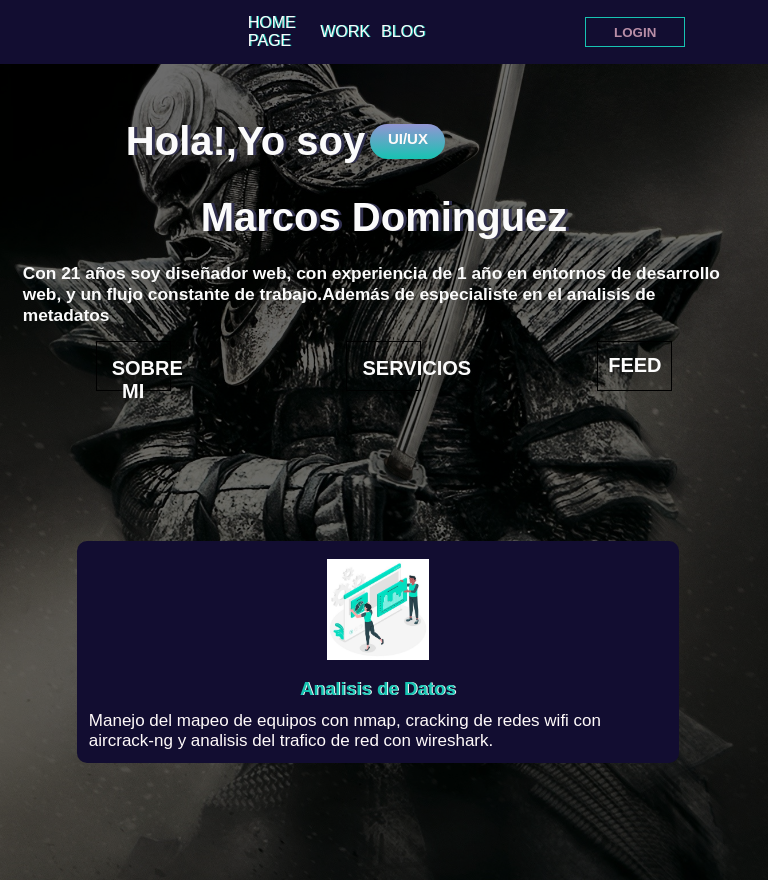
Repository: Sxcram02/Portfolio2
Page: http://localhost/
An editor plug-in stored every save of this project. The page is shown before and after a run of saves, followed by the edit.
The browser window is 768 px wide. The pictures show the whole page.
Some web fonts or font styles are not loaded; a fallback is used. The page is run by PHP 8.4 with error messages shown; the project is at /var/www/html/.

Above is the page before, as saved 2023-05-14 17:45:10.

### index.php
<?php
include("./public/objects/clases.inc.php");

session_start();

if ($_SERVER['REQUEST_METHOD'] == 'POST' and isset($_POST['LOGIN'])) {
    $logIn = $_POST['LOGIN'];
    if (isset($logIn)) {
        $_SESSION['user'] = $sesion;
        header("Location: ./public/src/login.php");
        exit();
    }
}


?>
<!DOCTYPE html>
<html lang="es">

<head>
    <meta charset="UTF-8">
    <meta http-equiv="X-UA-Compatible" content="IE=edge" />
    <meta name="viewport" content="width=device-width, initial-scale=1.0" />
    <link rel="shortcut icon" href="media/logo2.png" type="image/x-icon" />
    <link rel="stylesheet" href="styles/index.css" type="text/css" />
    <link rel="stylesheet" href="https://unpkg.com/boxicons@latest/css/boxicons.min.css">
    <title>Home Page</title>
</head>

<body>
    <div id="root">
        <header class="box-nav-bar">
            <a href="/index.php"><h3 class="nav-title">M a r c o s</h3></a>
            <nav class="nav-bar">
                <ul>
                    <a href="index.php"><li>Home Page</li></a>
                    <a href="/public/src/assets/work.php"><li>Work</li></a>
                    <a href="/public/src/assets/blog.php"><li>Blog</li></a>
                </ul>
            </nav>
            <form action="#" method="POST">
                <input type="submit" name="LOGIN" id="LOGIN" value="login" />
            </form>
        </header>
        <main class="container">
        <script src="/public/funciones/funciones.inc.js"></script>
            <section id="home_page">
                <article class="box-name">
                    <h1 class="title">Hola!,Yo soy</h1>
                    <label id="box-ui-ux">UI/UX</label>
                </article>
                <h2 class="title">Marcos Dominguez</h2>
                <article class="box-presentation">
                    <p>Con 21 años soy diseñador web, con experiencia de 1 año en entornos de desarrollo web, y un flujo constante de trabajo.Además de especialiste en el analisis de metadatos</p>
                    <div class="box-inputs">
                        <button onclick="mostrarApartado('box-services','box-aboutMe')">Sobre Mi</button>
                        <button onclick="mostrarApartado('box-aboutMe','box-services')">Servicios</button>
                        <a href="./public/src/assets/feed.xml" target="_blank" rel="noopener noreferrer"><button>Feed</button></a>
                    </div>
                </article>
            </section>
            <section id="box-services">
                <div id="services">
                    <article id="analisisDatos">
                        <img src="./media/Ilustración del concepto de análisis de configuración Vector Gratis.jpeg" alt="analisisDatos" />
                        <h3>Analisis de Datos</h3>
                        <p>Manejo del mapeo de equipos con nmap, cracking de redes wifi con aircrack-ng y analisis del trafico de red con wireshark.</p>
                    </article>
                    <article>
                        <img src="./media/Estudio socioeconómico para qué sirve, partes y ejemplo.png" alt="" />
                        <h3>Administrador de Sistemas</h3>
                        <p>Supervisión del flujo de datos entre los usuarios de una red y mantenimiento del sistema</p>
                    </article>
                    <article>
                        <img src="./media/Tips To Help Designers Work Better With Coders - Web Design Ledger.jpeg" alt="" />
                        <h3>Desarrollador Web</h3>
                        <p>Control en la programación de PHP con MySQL o MongoDB, diseñador con HTML5, CSS3 o React con JavaScript</p>
                    </article>
                    <article>
                        <img src="./media/superkid-robot-copy.gif" alt="superRobot" id="robot3D" />
                        <h3>Modelador 3D</h3>
                        <p>Modelador 3D de diseño aplicados a la web con Spline, y en modelos mas complejos 3dsMax y Zbrush</p>
                    </article>
                </div>
            </section>
            <section id="box-aboutMe">
                <div id="aboutMe">
                    <h1>Cronología</h1>
                    <hr class="hr" />
                    <article class="box-signatures">
                        <div class="signature1">
                            <i class='bx bx-radio-circle-marked' style='color:#17c3b2'></i>
                            <h3>Titulación ESO y BACHILLER</h3>
                            <img src="./media/chesterton.jpeg" alt="colegio1">
                            <img src="./media/agustinos.jpeg" alt="colegio2">
                            <p>2013-2020</p>
                        </div>
                        <div class="signature2">
                            <i class='bx bx-radio-circle-marked' style='color:#17c3b2'></i>
                            <h3>2º Años en Grado de Derecho</h3>
                            <img src="./media/unir.jpg" alt="universidad">
                            <p>2021-2022</p>
                        </div>
                        <div class="signature3">
                            <i class='bx bx-radio-circle-marked' style='color:#17c3b2'></i>
                            <h3>Grado Superior DAW</h3>
                            <img src="./media/cifp.png" alt="centroFormativo">
                            <p>2022-2024</p>
                        </div>
                        <div class="signature4">
                            <i class='bx bx-radio-circle-marked' style='color:#17c3b2'></i>
                            <h3>Curso de Git</h3>
                            <img src="./media/angulo.jpg" alt="CentroPrivado">
                            <p>2023-2023</p>
                        </div>
                        <div class="signature5">
                            <i class='bx bx-radio-circle-marked' style='color:#17c3b2'></i>
                            <h3>Curso de Animacion 3D</h3>
                            <img src="./media/comercio.png" alt="EntidadPublica">
                            <p>2023-2023</p>
                        </div>
                    </article>
                </div>
            </section>
            <section id="my_photo"></section>
        </main>
    </div>

</body>

</html>

### styles/index.css

/* -----------------------------------------------------------*/
/* -----------------------------------------------------------*/
/* AJUSTES GENERALES */
/* 1. HEADER
/* 2. PRIMERA PAGINA
/*  2.1 SECCION 1
/*  2.2 SECCION 2
/*  2.3 SECCION 3
/*  2.4 SECCION 4
/* 3. PAGINA DE MIS TRABAJOS
/* 4. PAGINA DE MI BLOG
/* 5. PAGINA FORMULARIO LOGIN
/* 6. PAGINA CREAR POST
/* -----------------------------------------------------------*/
/* -----------------------------------------------------------*/

* {
    margin: 0;
    padding: 0;
    list-style: none;
    box-sizing: border-box;
    font-family: 'Poppins', sans-serif;
}

a, a:active, a:visited, a:enabled {
    color: var(--blanco);
    text-decoration: none;
}

@font-face {
    font-family: 'Poppins';
    src: url("../fonts/*");
}

:root {
    --violeta-ruso: #120D31;
    --cadet-space: #302F4D;
    --verde-claro-oceano:#17C3B2;
    --indigo-tropical:#9395D3;
    --blanco:#FBFBFB;
}

body {
    display: flex;
    flex-direction: column;
    align-items: center;
    justify-content: space-between;
}

#root {
    width: 100vw;
    height: 100vh;
}


/* -----------------------------------------------------------*/
/* -----------------------------------------------------------*/
/* HEADER */
/* -----------------------------------------------------------*/
/* -----------------------------------------------------------*/

.box-nav-bar {
    width: 100vw;
    height: 4rem;
    padding: 1%;
    background-color: var(--violeta-ruso);
    color: snow;
    display: flex;
    align-items: center;
    justify-content: space-between;
}

.nav-title {
    text-shadow: 1px 0px 0px var(--verde-claro-oceano);
    text-transform: uppercase;
    font-size: 20px;
    font-weight: 700;
    cursor: pointer;
}

.nav-bar ul {
    text-transform: uppercase;
    width: 350px;
    font-size: 20px;
    display: flex;
    align-items: center;
    justify-content: space-around;
}

.nav-bar ul li {
    cursor: pointer;
    text-shadow: 1px 0px 0px var(--verde-claro-oceano);
}

.nav-bar ul li:hover {
    color: var(--verde-claro-oceano);
    text-shadow: 1px 0px 0px var(--indigo-tropical);
    transition: all 0.5s;
}

#LOGIN {
    width: 125px;
    height: 30px;
    margin: 2%;
    color: #B98EA7;
    background: none;
    border: 1px solid var(--verde-claro-oceano);
    text-transform: uppercase;
    font-weight: 800;
    cursor: pointer;
}

#LOGIN:hover {
    background-color: var(--verde-claro-oceano);
    color: var(--blanco);
    transition: all 0.3s;
}

@media screen and (max-width:800px) {
    .box-nav-bar {
        justify-content: space-around;
    }

    .nav-title {
        display: none;
    }

    .nav-bar ul {
        width: 100%;
        justify-content: flex-start;
        font-size: 16px;
    }

    .nav-bar ul li {
        margin: 0 5%;
    }

    .nav-bar ul a {
        margin: 1%;
        padding: 2%;
    }

    #LOGIN {
        width: 100px;
        margin-right: 5%;
    }
}

/* -----------------------------------------------------------*/
/* -----------------------------------------------------------*/
/* PRIMERA PÁGINA */
/* -----------------------------------------------------------*/
/* -----------------------------------------------------------*/

.container {
    width: 100%;
    display: grid;
    grid-template-columns: repeat(3,1fr);
    grid-template-rows: repeat(2,1fr);
}

.container section {
    width: 100%;
    height: 100%;
}

@media screen and (max-width:800px) {

    #root {
        height: 110vh;
        background-image: url("/media/guerrero-en-47-ronin_2048x1536_xtrafondos.com.jpg");
        background-size: cover;
        background-position: center;
        overflow-x: hidden;
    }

    .container {
        width: 100%;
        height: 93%;
        display: flex;
        flex-direction: column;
        justify-content: space-around;
        background-color: rgba(0, 0, 0, 0.579);
        color: #FBFBFB;
    }

    #home-page {
        height: 60vh;
    }

    #home_page .box-presentation {
        flex-direction: column;
        font-size: 13px;
    }

    #home_page .box-presentation p {
        width: 100%;
    }

    .box-name {
        height: 25%;
        background: none;
    }

    #home_page .box-inputs {
        width: 100%;
        font-size: 13px;
        justify-content: space-around;
    }

    #home_page .box-inputs button {
        width: 75px;
        color: #FBFBFB;
    }

    #box-services {
        height: 50vh;
        padding: 10%;
    }

    #services {
        width: 100%;
        height: 100%;
        display: flex;
        align-items: center;
        flex-direction: column;
        overflow-y: scroll;
    }

    .container #services article {
        width: 100%;
        margin-bottom: 5%;
        padding: 1%;
    }

    .container #services article:hover {
        animation: none;
    }

    #box-aboutMe {
        height: 50%;

    }

    #my_photo {
        display: none;
    }



}

/* -----------------------------------------------------------*/
/* -----------------------------------------------------------*/
/* SECCION 1 */
/* -----------------------------------------------------------*/
/* -----------------------------------------------------------*/

#home_page {
    height: 40vh;
    grid-column: 1/3;
    grid-row: 1/2;
    padding: 1%;
    display: flex;
    flex-direction: column;
    align-items: center;
}

.box-name {
    width: 70%;
    margin: 1%;
    text-align: center;
    display: flex;
    align-items: center;
}

.title {
    padding: 1%;
    font-size: 40px;
    font-weight: 800;
    text-shadow: 3px 0px 0px var(--cadet-space);
}

#box-ui-ux {
    width: 75px;
    height: 35px;
    padding: 1%;
    text-align: center;
    font-size: 15px;
    font-weight: 800;
    color: snow;
    background: linear-gradient(180deg, var(--indigo-tropical),var(--verde-claro-oceano));
    border-radius: 20px;
}

.box-presentation {
    display: flex;
    align-items: center;
}

.box-presentation p {
    width: 50%;
    padding: 2%;
    font-size: 13pt;
    font-weight: 600;
}

.box-inputs {
    width: 50%;
    display: flex;
    align-items: center;
    justify-content: space-around;
}

.box-inputs button {
    width: 150px;
    height: 50px;
    padding: 2%;
    border: 1px solid black;
    background: none;
    font-size: 15pt;
    font-weight: 800;
    text-transform: uppercase;
    cursor: pointer;
}

.box-inputs button:hover {
    background-color: var(--verde-claro-oceano);
    box-shadow: 0px 0px 7px var(--indigo-tropical);
    transition: all 0.3s;
}


/* -----------------------------------------------------------*/
/* -----------------------------------------------------------*/
/* SECCION 2 */
/* -----------------------------------------------------------*/
/* -----------------------------------------------------------*/

#box-services {
    grid-column: 1/3;
    grid-row: 2/3;
    width: 100%;
}

#services {
    padding: 1%;
    color: snow;
    display: flex;
}

#services img {
    width: 125px;
    height: 125px;
    padding: 2%;
}

#services article {
    width: 50%;
    height: 100%;
    margin-right: 2%;
    padding: 2%;
    background-color: var(--violeta-ruso);
    border-radius: 10px;
    display: flex;
    flex-direction: column;
    align-items: center;
    text-align: center;
    cursor: pointer;
}

#services article:hover {
    background-color: var(--cadet-space);
    box-shadow: 0px 0px 5px var(--verde-claro-oceano);
    animation: goUp 1.5s both;
    transition: all 0.4s;
}

@keyframes goUp {
    to {
        translate: 0 -20%;
    }
}

#services article h3 {
    color: var(--verde-claro-oceano);
    text-shadow: 1px 0px 0px var(--blanco);
    padding: 1%;
}

#services article:hover h3 {
    color: var(--indigo-tropical);
}

#services article p {
    padding: 1%;
    font-size: 17px;
    text-align: start;
}

#robot3D {
    width: 300px;
    height: 175px;
}


/* -----------------------------------------------------------*/
/* -----------------------------------------------------------*/
/* SECCION 3 */
/* -----------------------------------------------------------*/
/* -----------------------------------------------------------*/

#box-aboutMe {
    display:none;
    grid-column: 1/3;
    grid-row: 2/4;
}

#aboutMe {
    height: 100%;
    display: flex;
    flex-direction: column;
    align-items: center;
    justify-content: space-between;
}

#aboutMe h1 {
    width: 100%;
    text-align: center;
    text-transform: uppercase;
    font-weight: 800;
}

#aboutMe hr {
    width: 90%;
    height: 15px;
    color: var(--violeta-ruso);
    background-color: var(--violeta-ruso);
    box-shadow: 0px 0px 5px var(--verde-claro-oceano);
}

.box-signatures {
    width: 90%;
    display: grid;
    grid-template-columns: repeat(5,1fr);
    grid-template-rows: repeat(3,1.4fr);
    text-align: center;
    row-gap: 5px;
}

.box-signatures i {
    font-size: 40px;
}

.box-signatures div {
    display: flex;
    flex-direction: column;
    align-items: center;
}

.box-signatures div img {
    width: 50px;
    height: 50px;
}

@media screen and (max-width:800px){


    .box-signatures {
        display: flex;
        flex-direction: column;
        align-items: center;
        justify-content: space-around;
        overflow-y: scroll;
    }

    .box-signatures div {
        display: flex;
        align-items: center;
        justify-content: space-around;
    }
}

/*--------------------------------------------------------*/
/*--------------------------------------------------------*/
/* GRID COMPONENTS */
/*--------------------------------------------------------*/
/*--------------------------------------------------------*/

.signature1 {
    grid-column: 1/2;
    grid-row: 1/3;
}

.signature2 {
    grid-column: 2/3;
    grid-row: 1/3;
}

.signature3 {
    grid-column: 3/4;
    grid-row: 1/3;
}

.signature4 {
    grid-column: 4/5;
    grid-row: 1/3;
}

.signature5 {
    grid-column: 5/6;
    grid-row: 1/3;
}



/* -----------------------------------------------------------*/
/* -----------------------------------------------------------*/
/* SECCION 4 */
/* -----------------------------------------------------------*/
/* -----------------------------------------------------------*/

#my_photo {
    grid-column: 3/4;
    grid-row: 1/3;
    background-image: url("../media/guerrero-en-47-ronin_2048x1536_xtrafondos.com.jpg");
    background-position: center;
    background-size: cover;
    object-fit: cover;
}


/* -----------------------------------------------------------*/
/* -----------------------------------------------------------*/
/* PAGINA DE MIS TRABAJOS */
/* -----------------------------------------------------------*/
/* -----------------------------------------------------------*/

#root2 {
    width: 100vw;
    background: linear-gradient(180deg,transparent,var(--cadet-space),var(--violeta-ruso));
    display: flex;
    flex-direction: column;
    align-items: center;
    justify-content: center;
}

.title2 {
    width: 100vw;
    font-size: 40px;
    color:black;
    text-shadow: 2px 0px 7px var(--indigo-tropical);
    text-align: center;
}

.container2 {
    width: 100%;
    height: 100vh;
    padding: 1%;
    display: grid;
    grid-template-columns: repeat(3,1.4fr);
    grid-template-rows: repeat(2,1fr);
    row-gap: 10px;
}

.container2 section {
    width: 90%;
    height: 300px;
    padding: 1%;
    display: flex;
    flex-direction: column;
    align-items: center;
    justify-content: space-around;
    background-color: var(--violeta-ruso);
    border-radius: 10px;
    box-shadow: 0px 0px 10px var(--indigo-tropical);
    cursor: pointer;
}

.container2 h1 {
    text-transform: uppercase;
    font-size: 25px;
    font-weight: 900;
}


.container2 img {
    width: 250px;
    height: 150px;
}

@media screen and (max-width:800px) {
    .container2 {
        display: flex;
        align-items: center;
        flex-direction: column-reverse;
        overflow-y: scroll;
    }

    .container2 section {
        text-align: center;
        width: 250px;
    }

    .container2 img {
        width: 100px;
        height: 100px;
    }
}

/*--------------------------------------------------------*/
/*--------------------------------------------------------*/
/* GRID COMPONENTS */
/*--------------------------------------------------------*/
/*--------------------------------------------------------*/

@keyframes updateScale {
    to {
        scale: 0.9;
    }
}

.work1 {
    grid-column: 1/2;
    grid-row: 1/2;
}

.work1:hover {
    box-shadow: 0px 0px 5px var(--verde-claro-oceano);
    background-color: rgba(255, 166, 0, 0.882);
    animation: updateScale 0.6s both;
    transition: all 0.4s;
}

.work2 {
    grid-column: 2/3;
    grid-row: 1/2;
}

.work2:hover {
    box-shadow: 0px 0px 5px var(--violeta-ruso);
    background-color: rgba(0, 170, 255, 0.858);
    animation: updateScale 0.6s both;
    transition: all 0.4s;
}

.work3 {
    grid-column: 1/2;
    grid-row: 2/3;
}

.work3:hover {
    box-shadow: 0px 0px 5px var(--violeta-ruso);
    background-color: rgba(25, 172, 37, 0.806);
    animation: updateScale 0.6s both;
    transition: all 0.4s;
}

.work4 {
    grid-column: 2/3;
    grid-row: 2/3;
}

.work4:hover {
    box-shadow: 0px 0px 5px var(--verde-claro-oceano);
    background-color: rgba(170, 0, 255, 0.85);
    animation: updateScale 0.6s both;
    transition: all 0.4s;
}

.work5 {
    grid-column: 3/4;
    grid-row: 1/2;
}

.work5:hover {
    box-shadow: 0px 0px 5px var(--violeta-ruso);
    background-color: rgba(255, 0, 51, 0.85);
    animation: updateScale 0.6s both;
    transition: all 0.4s;
}

.work6 {
    grid-column: 3/4;
    grid-row: 2/3;
}

.work6:hover {
    box-shadow: 0px 0px 5px var(--verde-claro-oceano);
    background-color: rgba(0, 204, 255, 0.85);
    animation: updateScale 0.6s both;
    transition: all 0.4s;
}

/* -----------------------------------------------------------*/
/* -----------------------------------------------------------*/
/* PAGINA DEL BLOG */
/* -----------------------------------------------------------*/
/* -----------------------------------------------------------*/

#root3 {
    width: 100vw;
    background-image: url("./../media/version_5.gif");
    background-size:  cover;
    background-position: center;
    background-repeat: repeat-y;
}


.container3 {
    width: 100%;
    background: linear-gradient(360deg,transparent,#302f4d7f,#120d31);
    display: flex;
    flex-direction: column;
    align-items: center;
    justify-content: space-between;
}

.container3 h1 {
    color: var(--blanco);
    padding: 4%;
    font-size: 35px;
    font-weight: bold;
}

.container3 section {
    width: 100%;
    height: 100%;
    padding: 1%;
    display: flex;
    flex-direction: column;
    align-items: center;
    justify-content: space-around;
}

.container3 section article {
    width: 40%;
    height: 400px;
    margin: 1%;
    padding: 5%;
    border-radius: 20px;
    padding: 1%;
    display: flex;
    flex-direction: column;
    align-items: center;
    justify-content: space-between;
    text-align: center;
    background-color: var(--cadet-space);
}

.container3 section article h1 {
    font-size: 20px;
    text-transform: uppercase;
    font-weight: 700;
}

.container3 section article img {
    width: 200px;
    height: 150px;
}

@media screen and (max-width:800px){
    #root3 .container3 article {
        width: 60%;
        padding: 5%;
    }

    #root3 .container3 img {
        width: 100px;
        height: 100px;
    }
}

/* -----------------------------------------------------------*/
/* -----------------------------------------------------------*/
/* PAGINA FORMULARIO LOGIN */
/* -----------------------------------------------------------*/
/* -----------------------------------------------------------*/

.page2-root {
    width: 100vw;
    height: 100vh;
    background-image: url("./../media/fondo1.gif");
    background-position: center;
    background-size: cover;
    overflow: hidden;
}

.page2-container {
    width: 100%;
    height: 100%;
    background: linear-gradient(180deg,transparent,#302f4d7f,#120d31c2);
    display: flex;
    flex-direction: column;
    align-items: center;
}

.page2-title {
    padding: 1%;
    font-size: 50px;
    font-weight: bold;
    text-transform: uppercase;
    color: var(--cadet-space);
    text-shadow: 2px 0px 0px var(--verde-claro-oceano);
}

.page2-container form {
    margin-top: 10%;
}

.page2-target {
    width: 50%;
    height:50%;
    padding: 2%;
    background: var(--cadet-space);
    box-shadow: 0px 0px 5px var(--verde-claro-oceano);
    border-radius: 10px;
    display: flex;
    flex-direction: column;
    align-items: center;
    justify-content: space-around;
    color: var(--blanco);
    font-size: 20px;
    font-weight: 800;
    text-transform: uppercase;
}

.page2-target input {
    width: 80%;
    height: 35px;
    text-align: center;
    font-size: 12pt;
}

.sent {
    font-size: 20px;
    padding: 1%;
    text-transform: uppercase;
    font-weight: 800;
    background: none;
    border: 2px solid var(--verde-claro-oceano);
    color: var(--verde-claro-oceano);
    text-shadow: 0px 0px 5px var(--verde-claro-oceano);
    cursor: pointer;
}

.sent:hover {
    background-color: var(--verde-claro-oceano);
    color: #FBFBFB;
    text-shadow: 0px 0px 5px #FBFBFB;
    animation: changeScale 0.5s both;

}

@keyframes changeScale {
    to {
        scale: 0.8;
    }
}

/*--------------------------------------------------*/
/*--------------------------------------------------*/
/* PAGINA CREAR POST*/
/*--------------------------------------------------*/
/*--------------------------------------------------*/

#page3-root {
    width: 100vw;
    height: 100vh;
    background-image: url("./../media/fondo1.gif");
    background-size: cover;
    background-position: center;
}

#page3-root form {
    background: linear-gradient(360deg,transparent,#302f4d7f,#120d31);
}

#page3-container {
    width: 100%;
    display: flex;
    flex-direction: column;
    align-items: center;
    padding: 5%;
}

#page3-container section {
    width: 50%;
    height: 50vh;
    padding: 1%;
    display: flex;
    flex-direction: column;
    align-items: center;
    opacity: 80%;
    background-color: var(--cadet-space);
    box-shadow: 0px 0px 7px var(--indigo-tropical);
}

#page3-container section label {
    height: 35px;
    font-size: 20px;
    color: var(--blanco);
    text-transform: uppercase;
    font-weight: 900;
}

#page3-container input[type="text"] {
    max-width: 300px;
    height: 25px;
    margin: 1%;
    font-size: 14px;
    font-weight: 900;
    text-align: center;
    text-transform: uppercase;
    border-radius: 5px;
    border: 1px solid var(--violeta-ruso);
}


@media screen and (max-width:800px) {
    #page3-container section {
        width: 80%;
    }

    #page3-container input[type="file"]{
        width: 100px;
    }
}

Loaded but not shown: public/funciones/funciones.inc.js (7 lines, source omitted); public/objects/clases.inc.php (99 lines, source omitted)

After the next 2 saves:
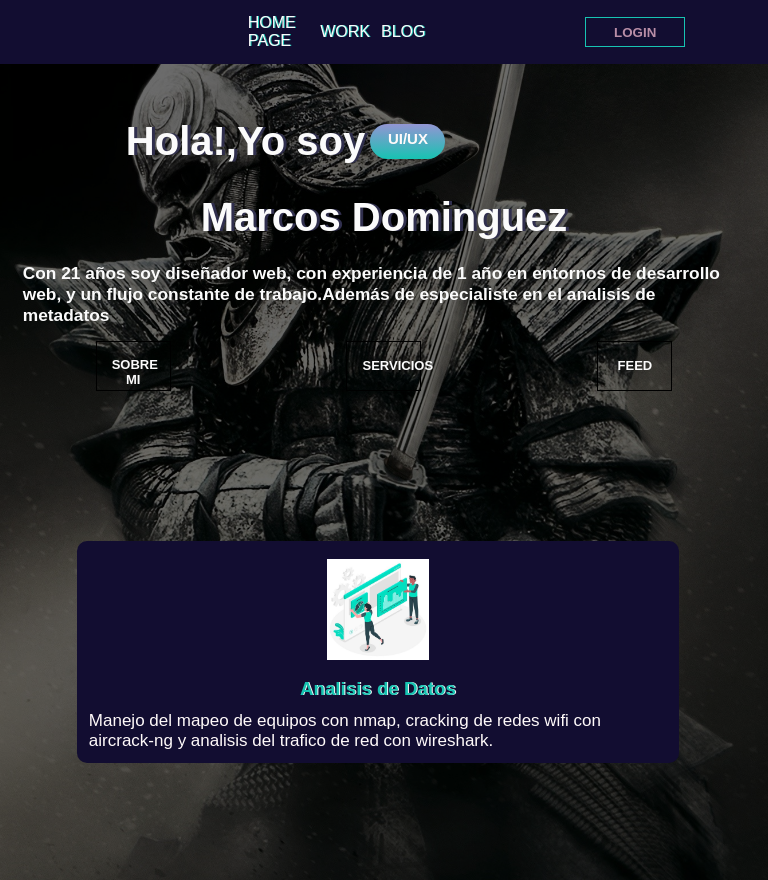
The 2 saves are shown as one change because they came seconds apart.
The last was saved 11 s later.
--- a/styles/index.css
+++ b/styles/index.css
@@ -205,12 +205,12 @@ body {
 
     #home_page .box-inputs {
         width: 100%;
-        font-size: 13px;
         justify-content: space-around;
     }
 
     #home_page .box-inputs button {
         width: 75px;
+        font-size: 13px;
         color: #FBFBFB;
     }
 
